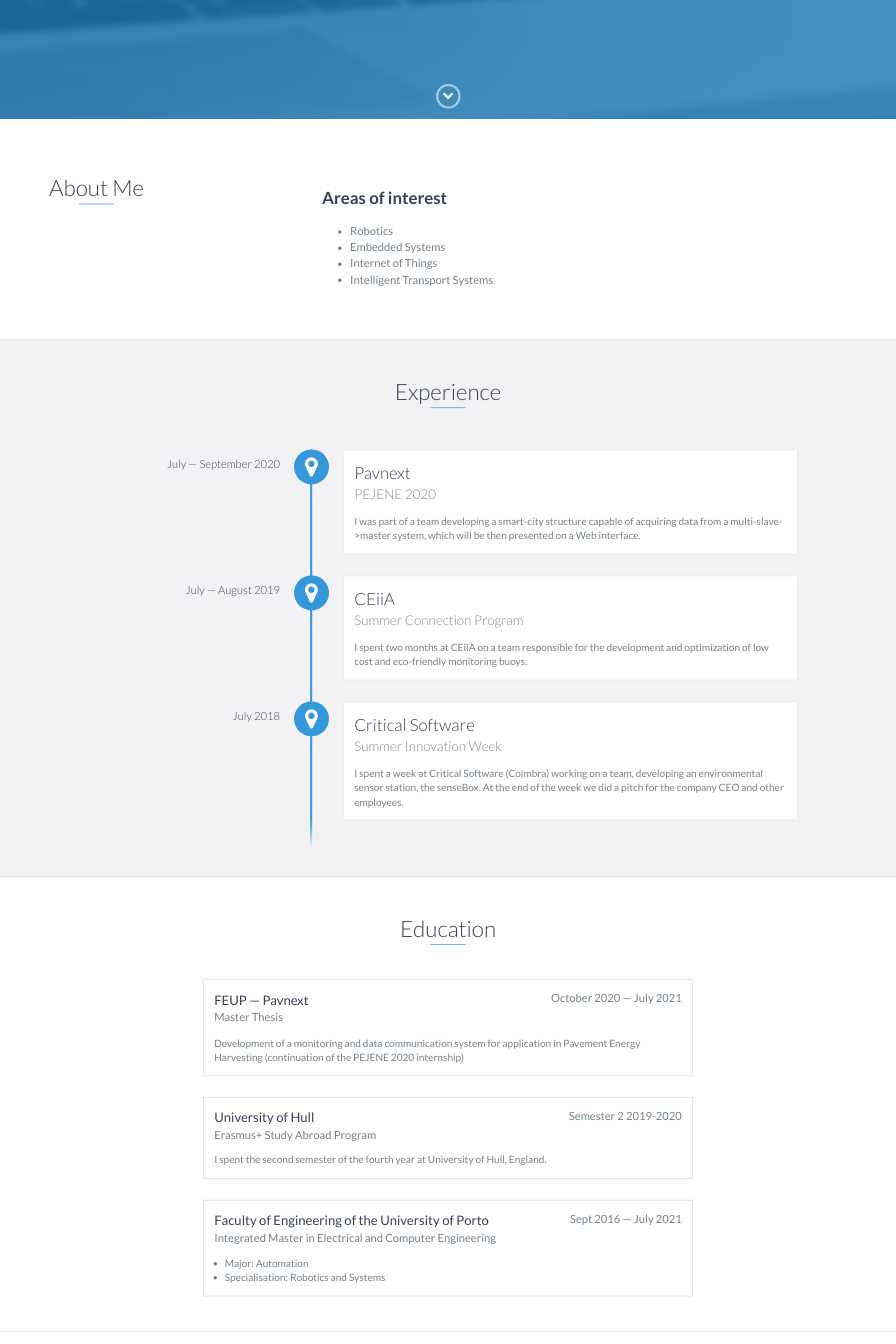
Repository: josegneto/josegneto.github.io
Page: index.html
These files come from the project's save history. The page is drawn as it stood at one moment and after a run of saves; the edit follows.
The browser window is 1280 px wide. The pictures show the part of the page from y = 550 to 2470 px (the page is 2905 px tall before and 2831 px after), at 70% of full size.

Above is the page before, as saved 2021-11-30 11:46:45.

### index.html
<!DOCTYPE html>
<html class="no-js" lang="en">

<head>
    <meta charset="utf-8">
    <meta http-equiv="X-UA-Compatible" content="IE=edge">
    <meta name="viewport" content="width=device-width, initial-scale=1">
    <title>My Portfolio</title>
    <link rel="shortcut icon" href="favicon.ico" type="image/x-icon">
    <link rel="icon" href="favicon.ico" type="image/x-icon">
    <link href="https://fonts.googleapis.com/css?family=Lato:300,400,700,900" rel="stylesheet">
    <link rel="stylesheet" href="libs/font-awesome/css/font-awesome.min.css">
    <link href="css/bootstrap.min.css" rel="stylesheet">
    <link href="css/styles.css" rel="stylesheet">
</head>

<body>
    <div id="mobile-menu-open" class="shadow-large">
        <i class="fa fa-bars" aria-hidden="true"></i>
    </div>
    <!-- End #mobile-menu-toggle -->
    <header>
        <div id="mobile-menu-close">
            <span>Close</span> <i class="fa fa-times" aria-hidden="true"></i>
        </div>
        <ul id="menu" class="shadow">
            <li>
                <a href="#about">About</a>
            </li>
            <li>
                <a href="#experience">Experience</a>
            </li>
            <li>
                <a href="#education">Education</a>
            </li>
            <!-- <li>
                <a href="#projects">Projects</a>
            </li> -->
            <li>
                <a href="#skills">Skills</a>
            </li>
            <!-- <li>
                <a href="#contact">Contact</a>
            </li> -->
        </ul>
    </header>
    <!-- End header -->

    <div id="lead">
        <div id="lead-content">
            <h1>José Neto</h1>
            <h2>Electrical Engineer</h2>
            <a href="extra/CV_JoseNeto.pdf" class="btn-rounded-white" target="_blank">Download Resume</a>
        </div>
        <!-- End #lead-content -->

        <div id="lead-overlay"></div>

        <div id="lead-down">
            <span>
                <i class="fa fa-chevron-down" aria-hidden="true"></i>
            </span>
        </div>
        <!-- End #lead-down -->
    </div>
    <!-- End #lead -->

    <div id="about">
        <div class="container">
            <div class="row">
                <div class="col-md-4">
                    <h2 class="heading">About Me</h2>
                </div>
                <div class="col-md-8">
                    <h2>Areas of interest</h2>
                    <ul>
                        <li>Robotics</li>
                        <li>Embedded Systems</li>
                        <li>Internet of Things</li>
                        <li>Intelligent Transport Systems</li>
                    </ul>
                </div>
            </div>
        </div>
    </div>
    <!-- End #about -->

    <div id="experience" class="background-alt">
        <h2 class="heading">Experience</h2>
        <div id="experience-timeline">
            <div data-date="July &mdash; September 2020">
                <h3>Pavnext</h3>
                <h4>PEJENE 2020</h4>
                <p>
                    I was part of a team developing a smart-city structure capable of acquiring data from a
                    multi-slave->master system, which will be then presented on a Web interface. </p>
            </div>

            <div data-date="July &mdash; August 2019">
                <h3>CEiiA</h3>
                <h4>Summer Connection Program</h4>
                <p>
                    I spent two months at CEiiA on a team responsible for the development and optimization of low cost
                    and eco-friendly monitoring buoys. </p>
            </div>

            <div data-date="July 2018">
                <h3>Critical Software</h3>
                <h4>Summer Innovation Week</h4>
                <p>
                    I spent a week at Critical Software (Coimbra) working on a team, developing an environmental sensor
                    station, the senseBox. At the end of the week we did a pitch for the company CEO and other
                    employees. </p>
            </div>
        </div>
    </div>
    <!-- End #experience -->

    <div id="education">
        <h2 class="heading">Education</h2>
        <div class="education-block">
            <h3>FEUP &mdash; Pavnext</h3>
            <span class="education-date">October 2020 &mdash; July 2021</span>
            <h4>Master Thesis</h4>
            <p>
                Development of a monitoring and data communication system for application in Pavement Energy Harvesting
                (continuation of the PEJENE 2020 internship)
            </p>
        </div>
        <div class="education-block">
            <h3>University of Hull</h3>
            <span class="education-date">Semester 2 2019-2020</span>
            <h4>Erasmus+ Study Abroad Program</h4>
            <p>
                I spent the second semester of the fourth year at University of Hull,
                England.
            </p>
        </div>
        <div class="education-block">
            <h3>Faculty of Engineering of the University of Porto</h3>
            <span class="education-date">Sept 2016 &mdash; July 2021</span>
            <h4>Integrated Master in Electrical and Computer Engineering</h4>
            <ul>
                <li>
                    Major: Automation
                </li>
                <li>
                    Specialisation: Robotics and Systems
                </li>
            </ul>
        </div>
        <!-- End .education-block -->
    </div>
    <!-- End #education -->

    <!--     <div id="projects" class="background-alt">
        <h2 class="heading">Projects</h2>
        <div class="container">
            <div class="row">
                <div class="project shadow-large">
                    <div class="project-image">
                        <img src="images/project.jpg" />
                    </div>
                     End .project-image
                    <div class="project-info">
                        <h3>Project Name Here</h3>
                        <p>
                            Lorem ipsum dolor sit amet, consectetur adipiscing elit. Curabitur in iaculis ex. Etiam
                            volutpat laoreet urna. Morbi ut tortor nec nulla commodo malesuada sit amet vel lacus. Fusce
                            eget efficitur libero. Morbi dapibus porta quam laoreet placerat.
                        </p>
                        <a href="#">View Project</a>
                    </div>
                     End .project-info
                </div>
                 End .project

                <div class="project shadow-large">
                    <div class="project-image">
                        <img src="images/project.jpg" />
                    </div>
                     End .project-image
                    <div class="project-info">
                        <h3>Project Name Here</h3>
                        <p>
                            Lorem ipsum dolor sit amet, consectetur adipiscing elit. Curabitur in iaculis ex. Etiam
                            volutpat laoreet urna. Morbi ut tortor nec nulla commodo malesuada sit amet vel lacus. Fusce
                            eget efficitur libero. Morbi dapibus porta quam laoreet placerat.
                        </p>
                        <a href="#">View Project</a>
                    </div>
                    End .project-info
                </div>
                 End .project
            </div>
        </div>
    </div> -->
    <!-- End #projects -->

    <div id="skills">
        <h2 class="heading">Skills</h2>
        <ul>
            <li>C</li>
            <li>Java</li>
            <li>REST API</li>
            <li>SQL</li>
            <li>HTML</li>
            <li>CSS</li>
            <li>JavaScript</li>
            <li>Python</li>
            <li>Node.js</li>
            <li>MATLAB</li>
            <li>PSIM</li>
            <li>Alitum</li>

        </ul>
    </div>
    <!-- End #skills -->
    <!--
    <div id="contact">
        <h2>Get in Touch</h2>
        <div id="contact-form">
            <form method="POST" action="https://formspree.io/email@email.com">
                <input type="hidden" name="_subject" value="Contact request from personal website" />
                <input type="email" name="_replyto" placeholder="Your email" required>
                <textarea name="message" placeholder="Your message" required></textarea>
                <button type="submit">Send</button>
            </form>
        </div>
         End #contact-form
    </div>
    <!-- End #contact
    -->

    <footer>
        <div class="container">
            <div class="row">
                <div class="col-sm-5 copyright">
                    <p>
                        Copyright &copy; 2021 JOSÉ NETO
                    </p>
                </div>
                <div class="col-sm-2 top">
                    <span id="to-top">
                        <i class="fa fa-chevron-up" aria-hidden="true"></i>
                    </span>
                </div>
                <div class="col-sm-5 social">
                    <ul>
                        <li>
                            <a href="https://github.com/josegneto" target="_blank"><i class="fa fa-github"
                                    aria-hidden="true"></i></a>
                        </li>
                        <!-- <li>
                            <a href="https://stackoverflow.com/" target="_blank"><i class="fa fa-stack-overflow"
                                    aria-hidden="true"></i></a>
                        </li> -->
                        <li>
                            <a href="https://www.linkedin.com/in/josé-neto-22381b168/" target="_blank"><i class="fa fa-linkedin"
                                    aria-hidden="true"></i></a>
                        </li>
                        <li>
                            <a href="mailto:zecorreianeto98@gmail.com" target="_blank"><i class="fa fa-envelope"
                                    aria-hidden="true"></i></a>
                        </li>

                        <!-- <li>
                            <a href="https://www.facebook.com/" target="_blank"><i class="fa fa-facebook"
                                    aria-hidden="true"></i></a>
                        </li>
                        <li>
                            <a href="https://twitter.com/" target="_blank"><i class="fa fa-twitter"
                                    aria-hidden="true"></i></a>
                        </li>
                        <li>
                            <a href="https://plus.google.com/" target="_blank"><i class="fa fa-google-plus"
                                    aria-hidden="true"></i></a>
                        </li> -->
                    </ul>
                </div>
            </div>
        </div>
    </footer>
    <!-- End footer -->

    <script src="https://ajax.googleapis.com/ajax/libs/jquery/1.12.4/jquery.min.js"></script>
    <script src="js/scripts.min.js"></script>
</body>

</html>

Loaded but not shown: libs/font-awesome/css/font-awesome.min.css (library); css/bootstrap.min.css (library); js/scripts.min.js (common file); css/styles.css (847 lines, source omitted)

After the next 2 saves:
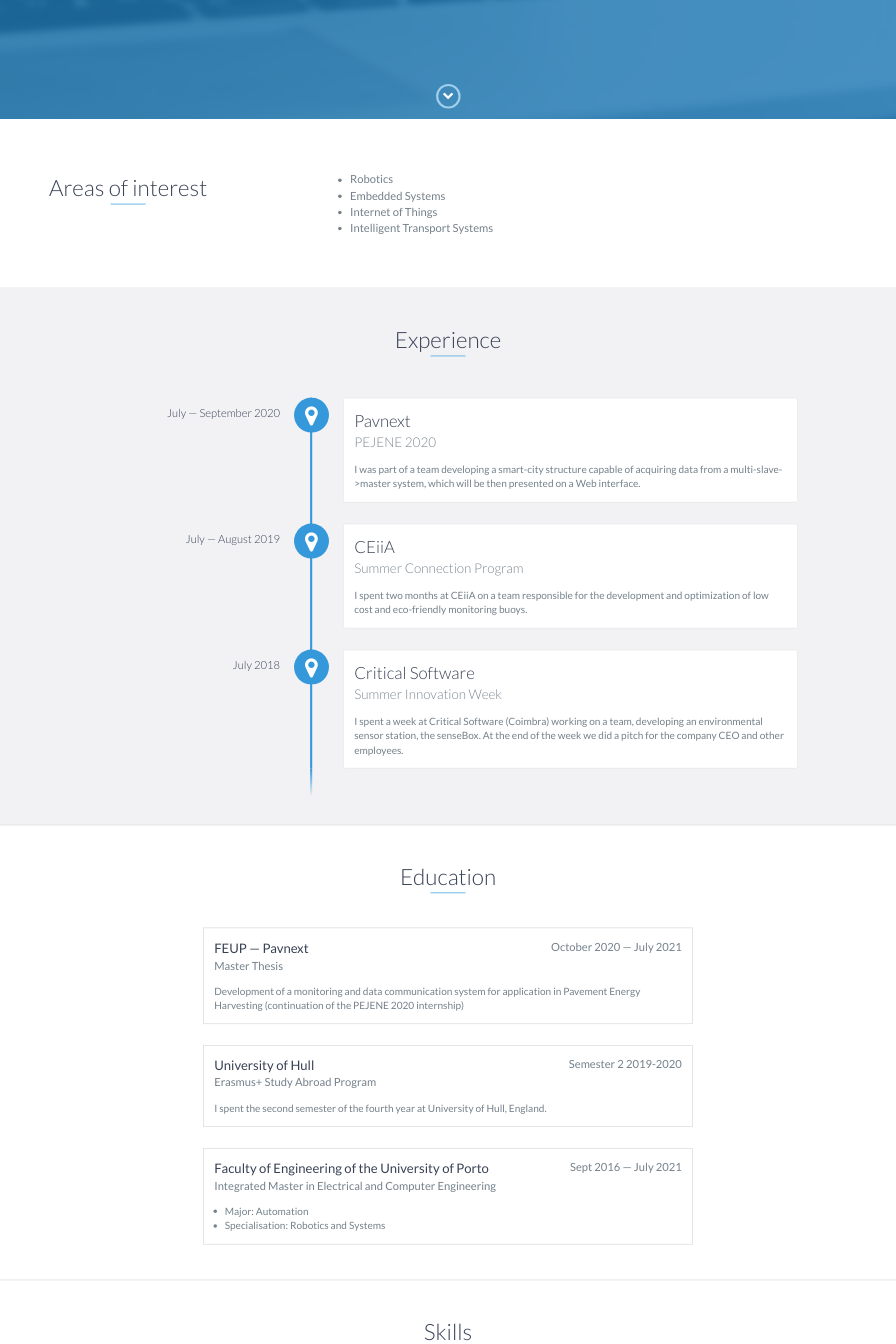
The 2 saves are shown as one change because they came seconds apart.
The last was saved 21 s later.
--- a/index.html
+++ b/index.html
@@ -69,10 +69,9 @@
         <div class="container">
             <div class="row">
                 <div class="col-md-4">
-                    <h2 class="heading">About Me</h2>
+                    <h2 class="heading">Areas of interest</h2>
                 </div>
                 <div class="col-md-8">
-                    <h2>Areas of interest</h2>
                     <ul>
                         <li>Robotics</li>
                         <li>Embedded Systems</li>
